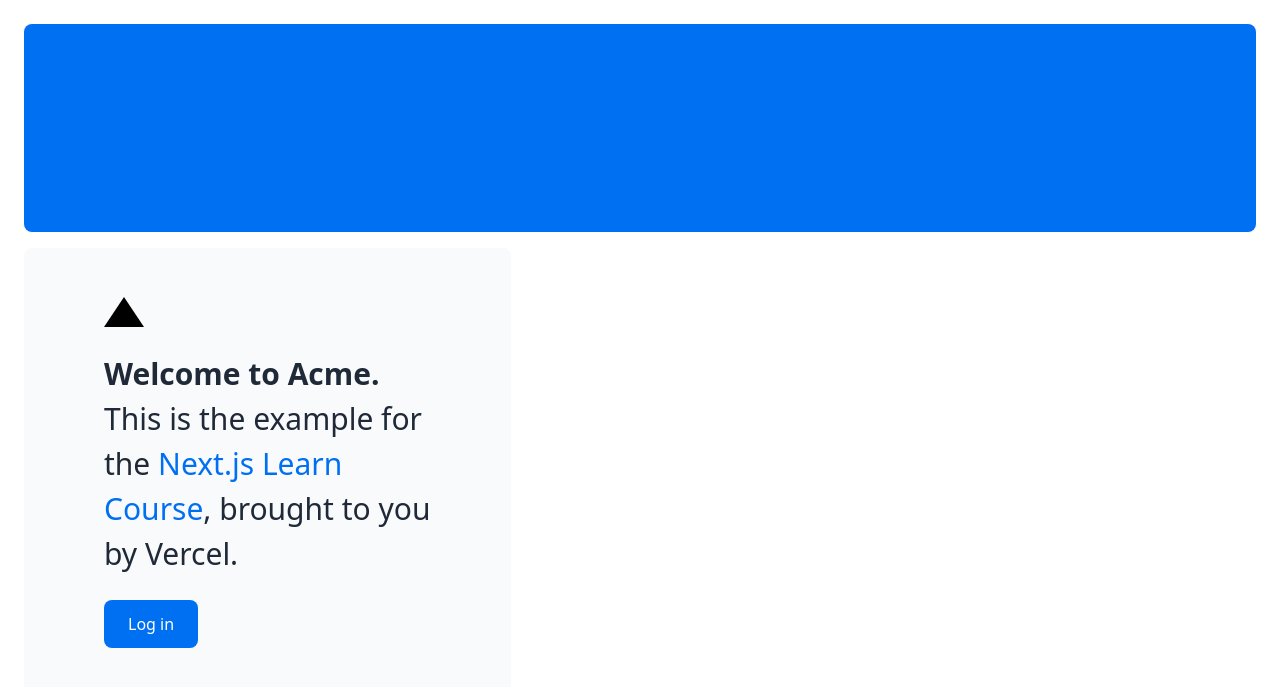
Repository: julietsawyerr/nextjs-dashboard
Page: /
These files come from the project's save history. The page is drawn as it stood at one moment and after a run of saves; the edit follows.
The browser window is 1280 px wide. The pictures show the whole page.
The project was rebuilt for these pictures with package versions that can differ from the ones it lists, and the page was loaded fresh each time. The framework's server and built-in components were replaced by stand-ins that run in the browser. Also part of the build but not shown: next.config.js.

Above is the page before, as saved 2023-11-06 11:09:00.

After the next 2 saves:
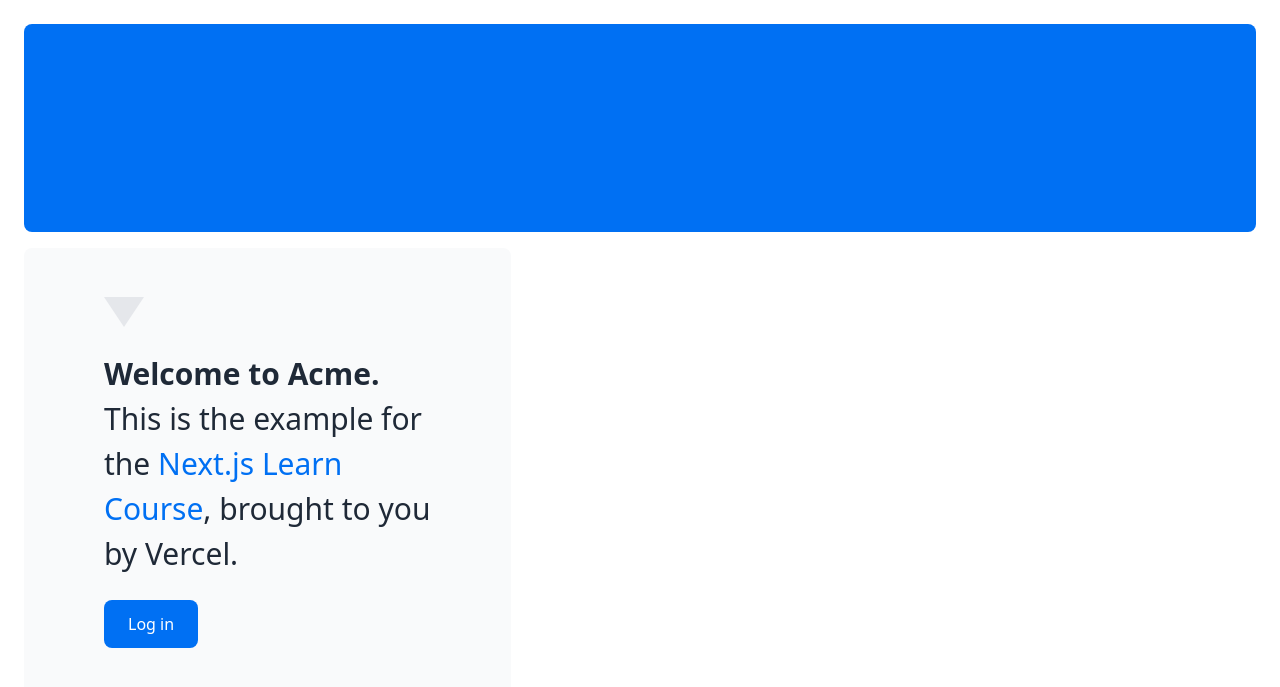
The 2 saves are shown as one change because they came seconds apart.
The last was saved 113 s later.
--- a/app/page.tsx
+++ b/app/page.tsx
@@ -10,7 +10,7 @@ export default function Page() {
       <div className="mt-4 flex grow flex-col gap-4 md:flex-row">
         <div className="flex flex-col justify-center gap-6 rounded-lg bg-gray-50 px-6 py-10 md:w-2/5 md:px-20">
 
-        <div className="h-0 w-0 border-b-[30px] border-l-[20px] border-r-[20px] border-b-black border-l-transparent border-r-transparent"/>
+        <div className="h-0 w-0 border-t-[30px] border-l-[20px] border-r-[20px] border-b-black border-l-transparent border-r-transparent"/>
 
           <p className={`text-xl text-gray-800 md:text-3xl md:leading-normal`}>
             <strong>Welcome to Acme.</strong> This is the example for the{' '}
